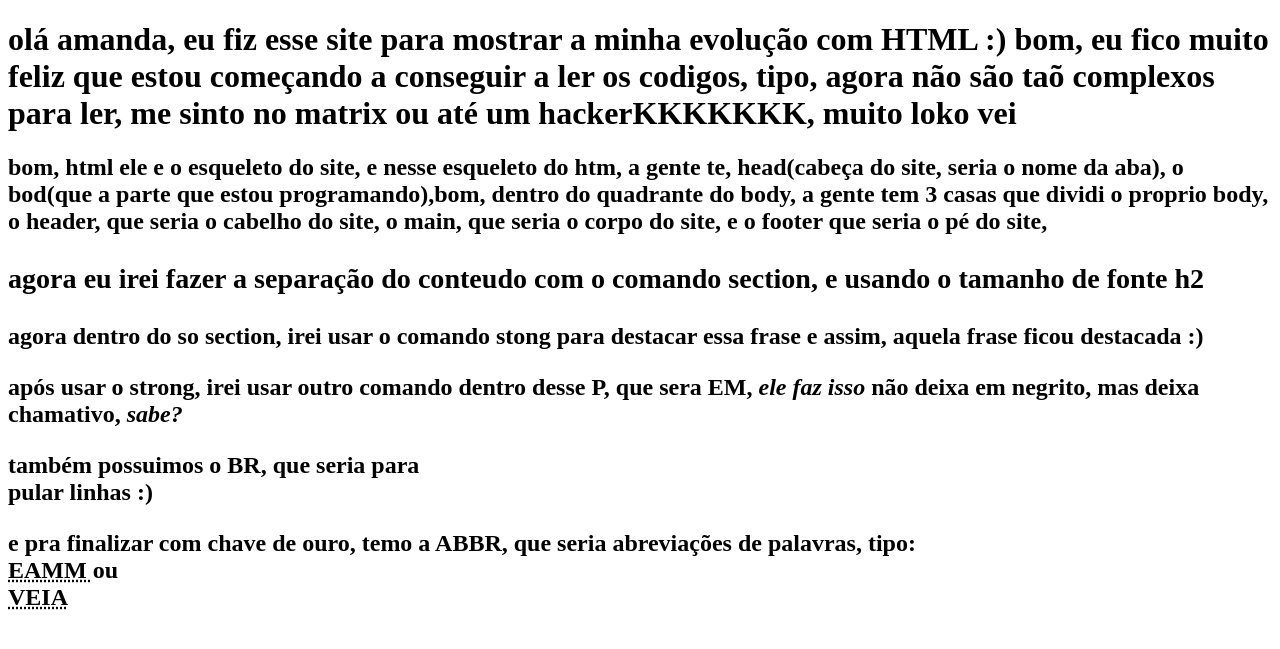
Repository: Jhones17/HTML-CURSO-V1
Page: index.html
The author's editor kept a copy of each file at every save. The page is drawn from the files as they stood at one save, then again after the next save.
The browser window is 1280 px wide. The pictures show the whole page.

Above is the page before, as saved 2025-03-16 01:06:17.

After the next save:
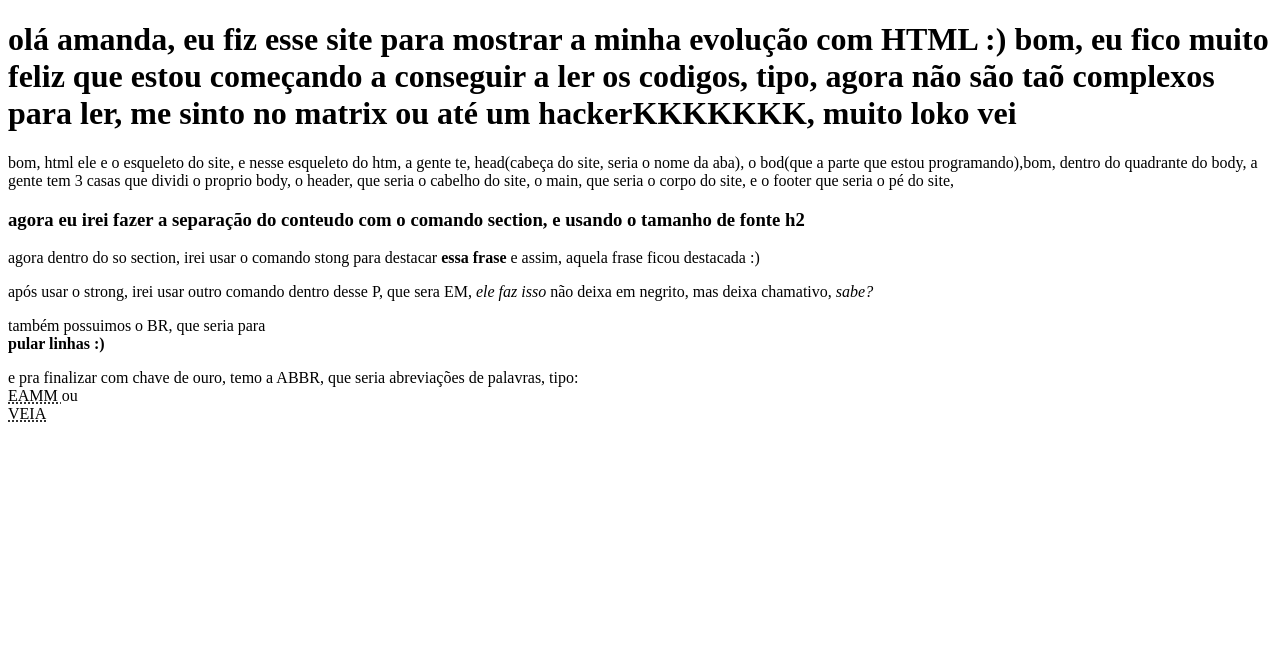
Saved 44 s later.
--- a/index.html
+++ b/index.html
@@ -12,9 +12,9 @@
                 agora não são taõ complexos para ler, me sinto no matrix ou até um hackerKKKKKKK, muito loko vei
             </h1>
         </header>
-       <h2>  bom, html ele e o esqueleto do site, e nesse esqueleto do htm, a gente te, head(cabeça do site, seria o nome da aba),
+       <p>  bom, html ele e o esqueleto do site, e nesse esqueleto do htm, a gente te, head(cabeça do site, seria o nome da aba),
          o bod(que a parte que estou programando),bom, dentro do quadrante do body, a gente tem 3
-         casas que dividi o proprio body, o header, que seria o cabelho do site, o main, que seria o corpo do site, e o footer que seria o pé do site,</h>
+         casas que dividi o proprio body, o header, que seria o cabelho do site, o main, que seria o corpo do site, e o footer que seria o pé do site,</p>
     <main>
    <section>
   <h3> agora eu irei fazer a separação do conteudo com o comando section, e usando o tamanho de fonte h2
